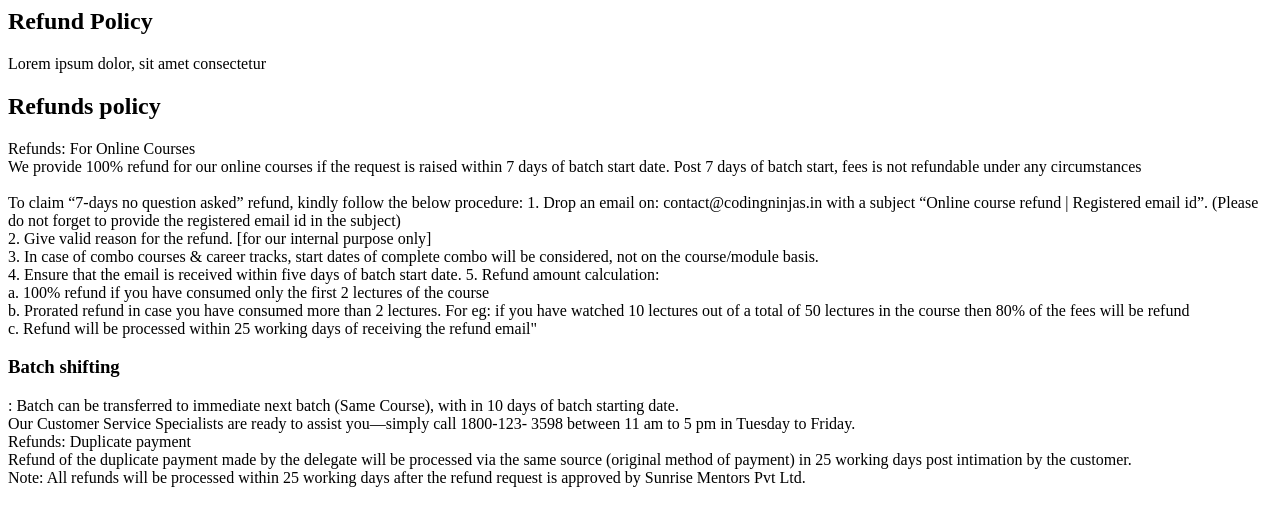
Repository: abhay3690/cheMart
Page: cheMart/cheMart/WebContent/jsp/user/refund.html
The author's editor kept a copy of each file at every save. The page is drawn from the files as they stood at one save, then again after the next save.
The browser window is 1280 px wide. The pictures show the whole page.

Above is the page before, as saved 2023-11-07 10:56:59.

### cheMart/cheMart/WebContent/jsp/user/refund.html
<div class="about">
	<h2 class="heading">Refund Policy</h2>
	<p>Lorem ipsum dolor, sit amet consectetur</p>



	<div><h2>Refunds policy</h2>
	Refunds: For Online Courses<br>
We provide 100% refund for our online courses if the request is raised within 7 days
of batch start date. Post 7 days of batch start, fees is not refundable under any
circumstances<br><br>
To claim “7-days no question asked” refund, kindly follow the below procedure:
1. Drop an email on: contact@codingninjas.in with a subject “Online course
refund | Registered email id”. (Please do not forget to provide the registered
email id in the subject)<br>
2. Give valid reason for the refund. [for our internal purpose only]<br>
3. In case of combo courses & career tracks, start dates of complete combo will
be considered, not on the course/module basis.<br>
4. Ensure that the email is received within five days of batch start date.
5. Refund amount calculation:<br>
a. 100% refund if you have consumed only the first 2 lectures of the
course<br>
b. Prorated refund in case you have consumed more than 2 lectures. For
eg: if you have watched 10 lectures out of a total of 50 lectures in the
course then 80% of the fees will be refund<br>
c. Refund will be processed within 25 working days of receiving the
refund email"<br>
<h3>Batch shifting</h3>: Batch can be transferred to immediate next batch (Same Course),
with in 10 days of batch starting date.<br>
Our Customer Service Specialists are ready to assist you—simply call 1800-123-
3598 between 11 am to 5 pm in Tuesday to Friday.<br>
Refunds: Duplicate payment
<br>
Refund of the duplicate payment made by the delegate will be processed via the
same source (original method of payment) in 25 working days post intimation by the
customer.
<br>
Note: All refunds will be processed within 25 working days after the refund request is
approved by Sunrise Mentors Pvt Ltd.

	</div>
</div>

After the next save:
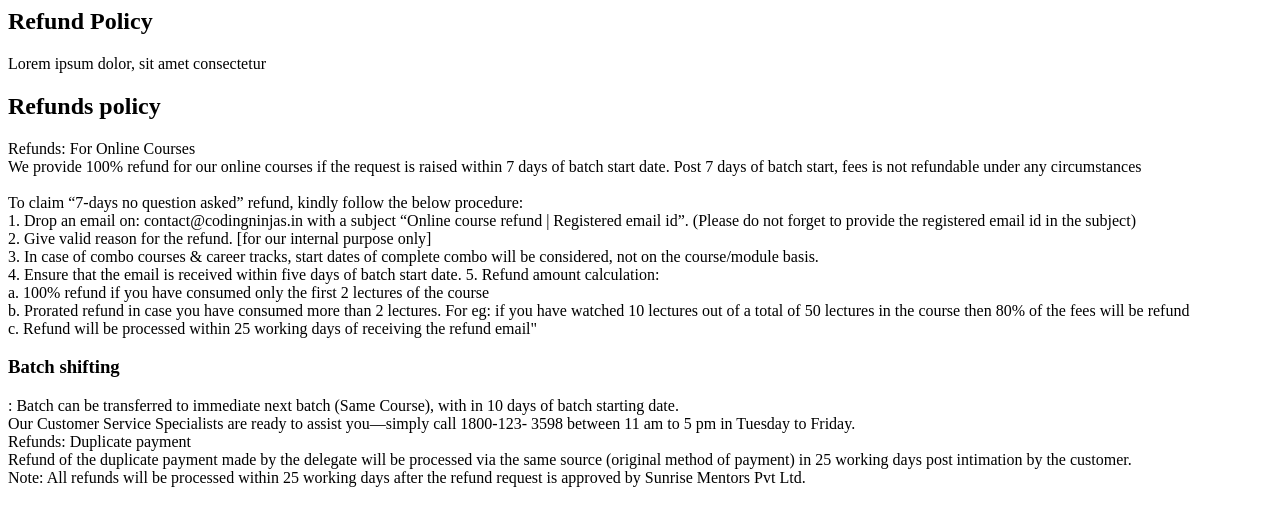
Saved 67 s later.
--- a/cheMart/cheMart/WebContent/jsp/user/refund.html
+++ b/cheMart/cheMart/WebContent/jsp/user/refund.html
@@ -9,7 +9,7 @@
 We provide 100% refund for our online courses if the request is raised within 7 days
 of batch start date. Post 7 days of batch start, fees is not refundable under any
 circumstances<br><br>
-To claim “7-days no question asked” refund, kindly follow the below procedure:
+To claim “7-days no question asked” refund, kindly follow the below procedure:<br>
 1. Drop an email on: contact@codingninjas.in with a subject “Online course
 refund | Registered email id”. (Please do not forget to provide the registered
 email id in the subject)<br>
